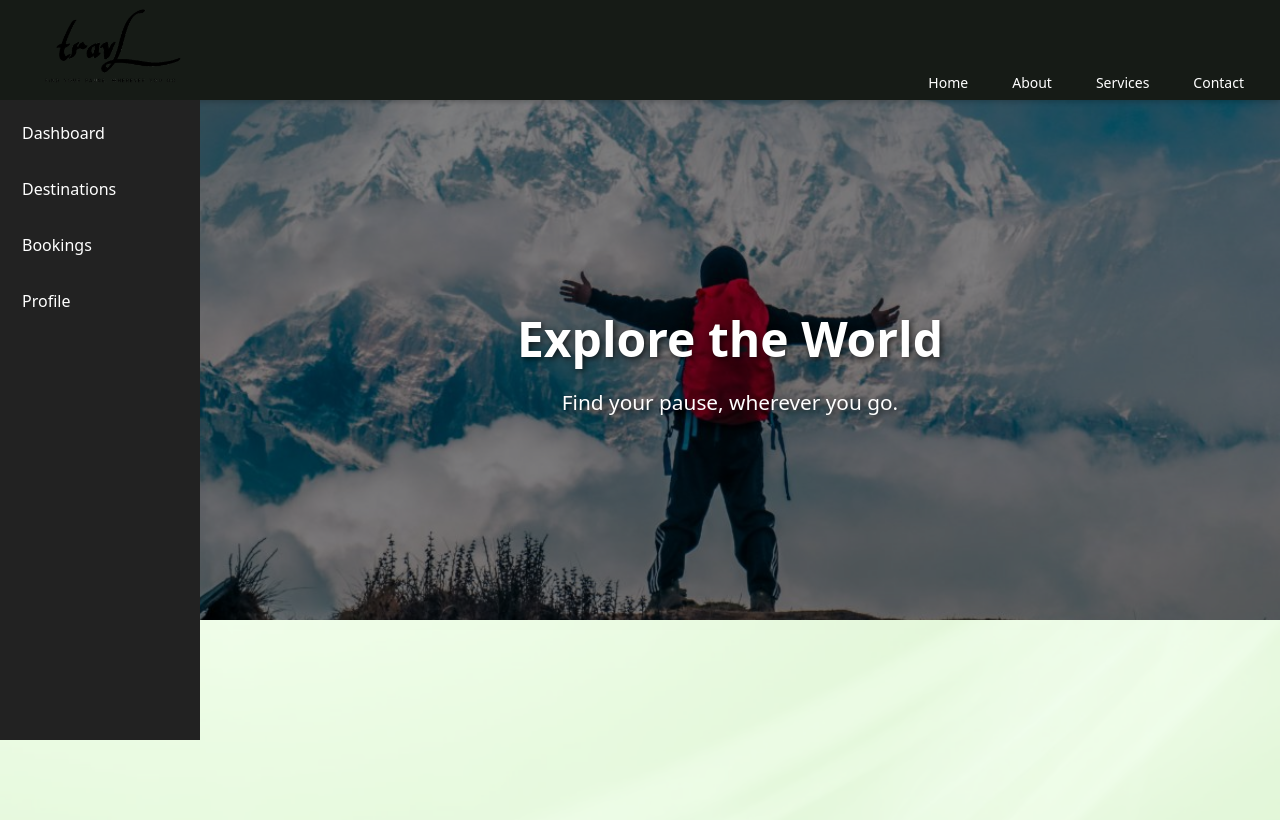
Repository: Nakib-Arman/Javafest25---travL
Page: / (app in Frontend/)
These files come from the project's save history. The page is drawn as it stood at one moment and after the next save; the edit follows.
The browser window is 1280 px wide. The pictures show the whole page.
Pictures or frames that could not be fetched are drawn as grey boxes. The project was rebuilt for these pictures with package versions that can differ from the ones it lists, and the page was loaded fresh each time. Also part of the build but not shown: Frontend/vite.config.js.

Above is the page before, as saved 2025-08-13 01:11:27.

After the next save:
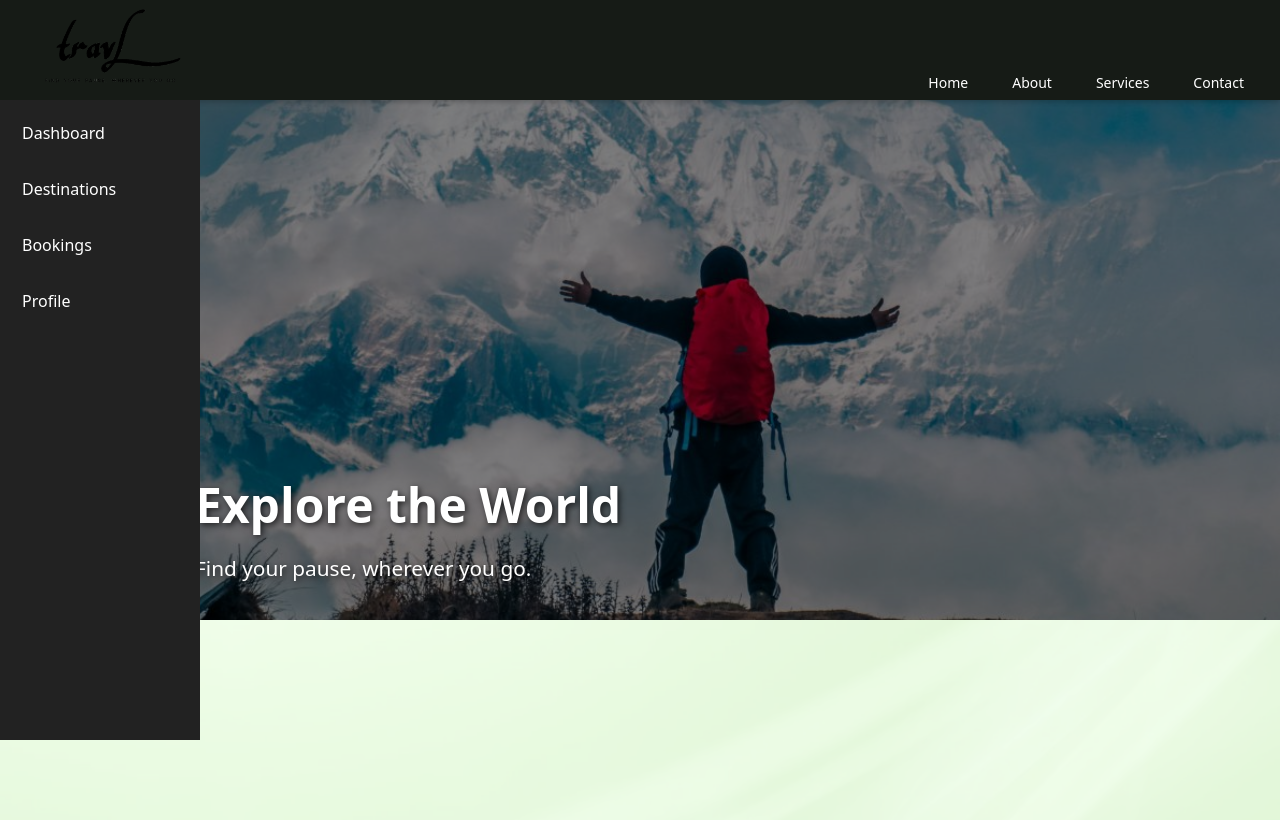
Saved 58 s later.
--- a/Frontend/src/CSS/Home.css
+++ b/Frontend/src/CSS/Home.css
@@ -61,13 +61,13 @@
 /* Text overlay on slideshow */
 .overlay-text {
     position: absolute;
-    top: 50%;
-    left: 50%;
-    transform: translate(-50%, -50%);
-    text-align: center;
-    color: white;
-    text-shadow: 2px 2px 6px rgba(0, 0, 0, 0.7);
-    z-index: 2;
+  bottom: 15px;
+  left: 15px;
+  transform: none;
+  text-align: left;
+  color: white;
+  text-shadow: 2px 2px 6px rgba(0, 0, 0, 0.7);
+  z-index: 2;
 }
 
 .overlay-text h1 {
